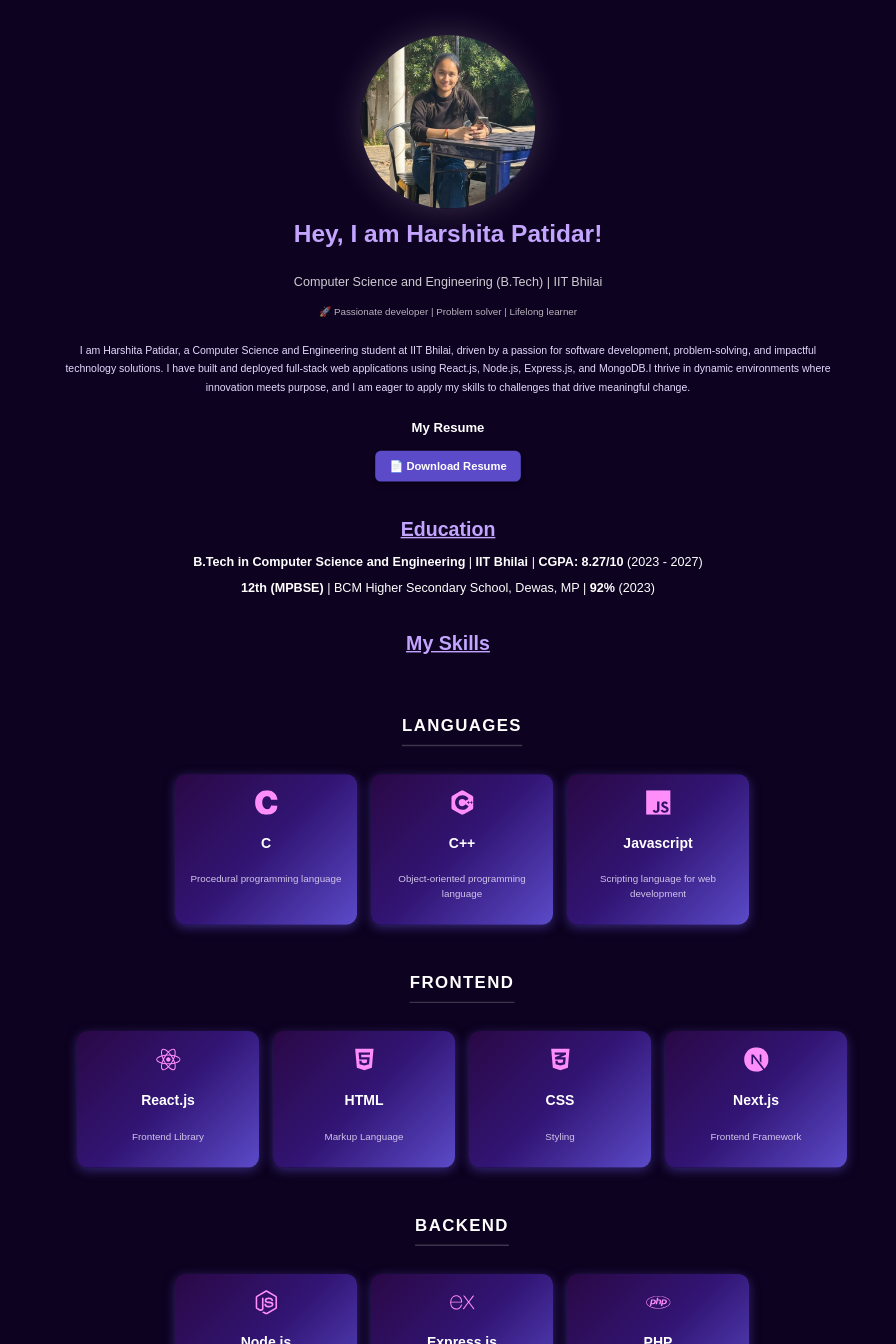
Repository: harshitap1305/Portfolio
Page: /
An editor plug-in stored every save of this project. The page is shown before and after a run of saves, followed by the edit.
The browser window is 1280 px wide. The pictures show the part of the page from y = 0 to 1920 px (the page is 4661 px tall), at 70% of full size.
The project was rebuilt for these pictures with package versions that can differ from the ones it lists, and the page was loaded fresh each time. Also part of the build but not shown: vite.config.js.

Above is the page before, as saved 2025-03-27 22:26:21.

After the next 2 saves:
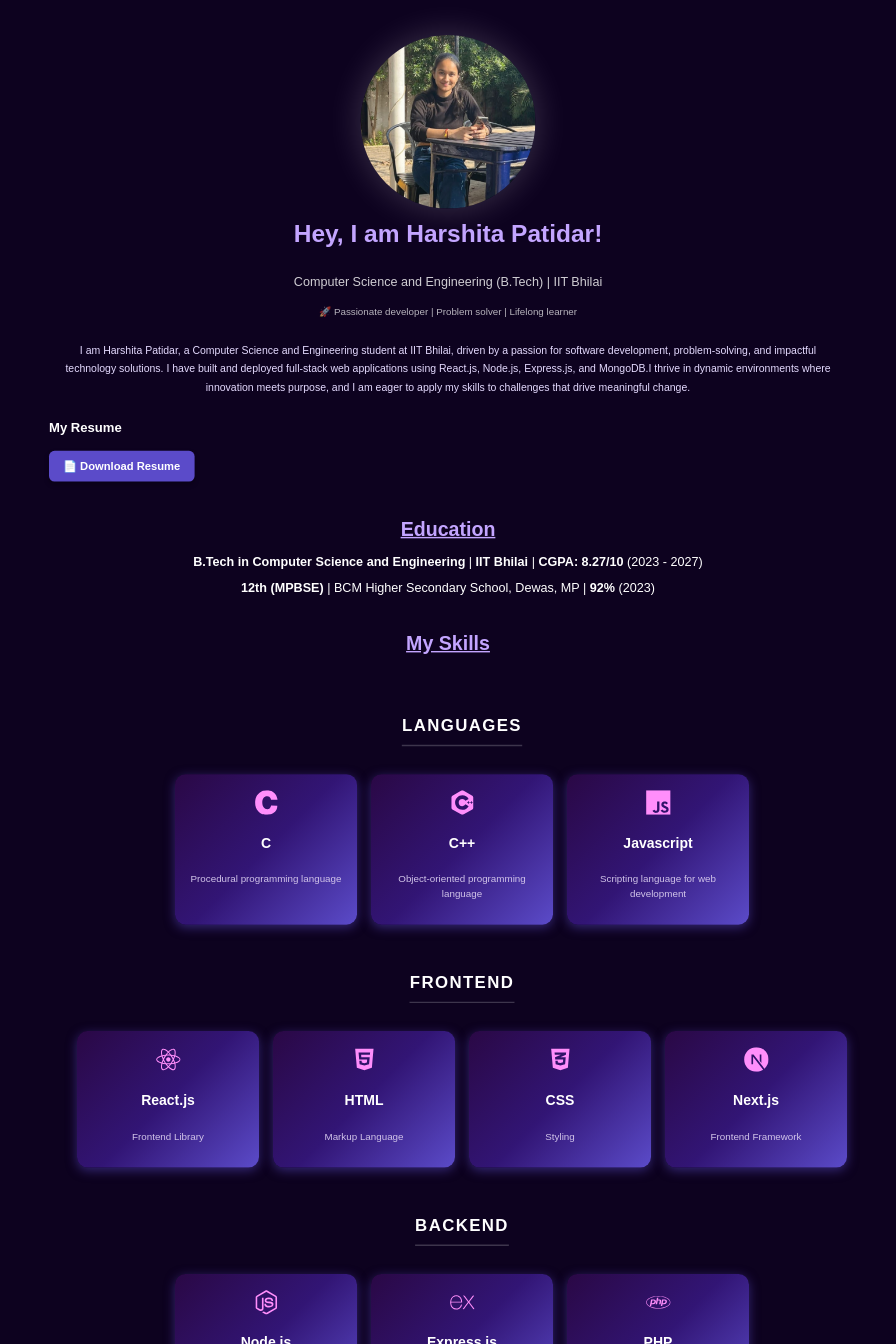
The 2 saves are shown as one change because they came seconds apart.
The last was saved 2 min 28 s later.
--- a/src/App.css
+++ b/src/App.css
@@ -219,7 +219,7 @@
   text-decoration: underline;
 }
 .resume-container {
-  text-align: center;
+  text-align: left; /* Align content to the left */
   margin-top: 20px;
 }
 
